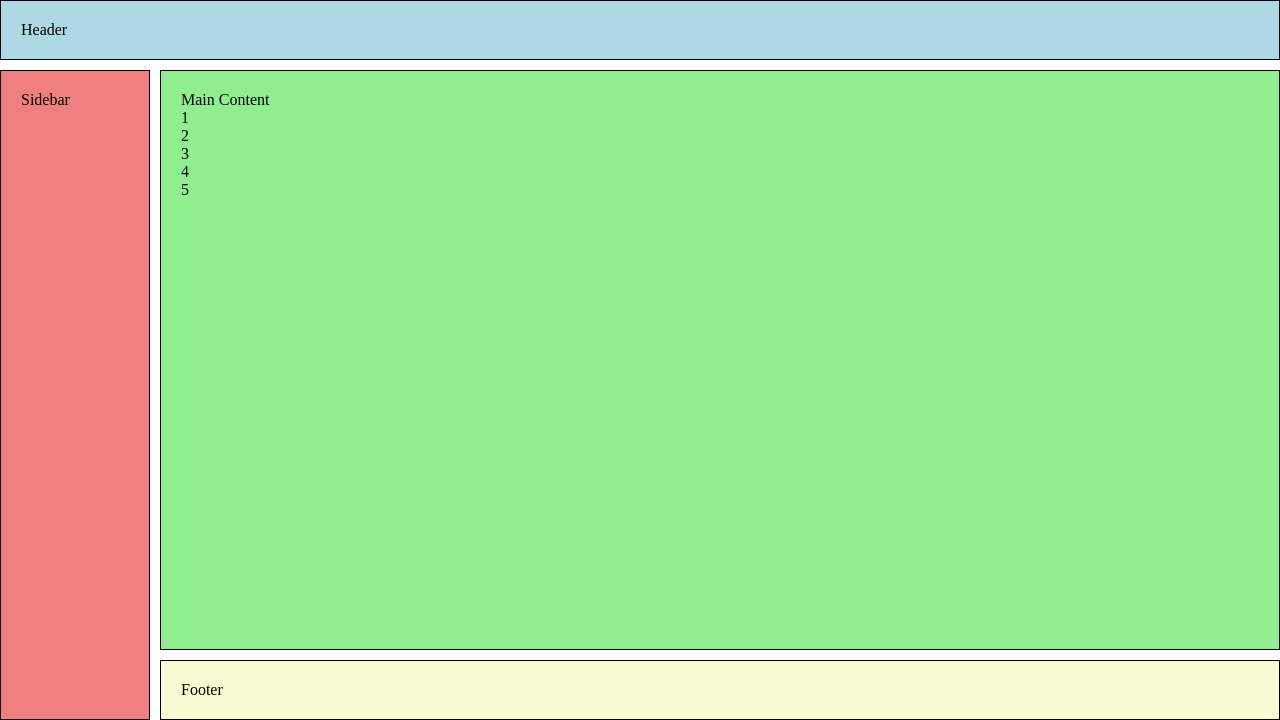
Repository: gustavotwist/desafio-grid
Page: assets/index.html
The author's editor kept a copy of each file at every save. The page is drawn from the files as they stood at one save, then again after the next save.
The browser window is 1280 px wide. The pictures show the whole page.

Above is the page before, as saved 2024-08-13 19:57:51.

After the next save:
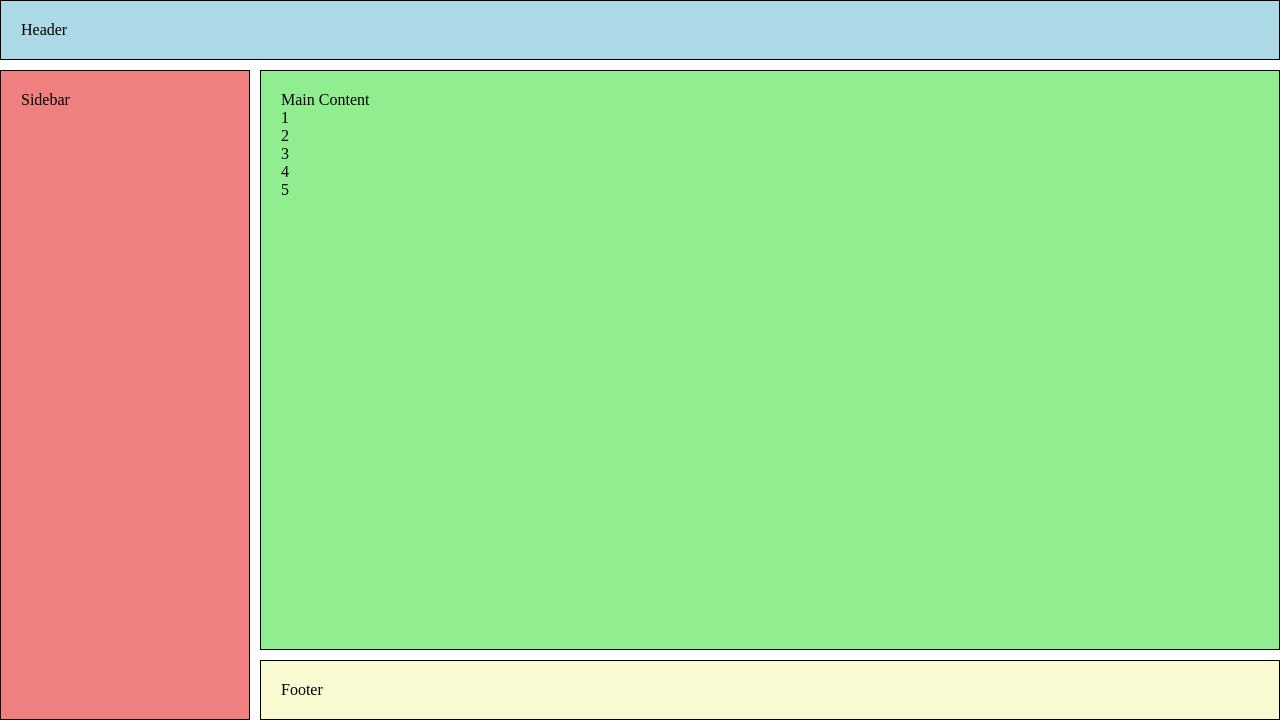
Saved 2 min 4 s later.
--- a/assets/css/style.css
+++ b/assets/css/style.css
@@ -6,7 +6,7 @@
 .container {
     display: grid;
     height: 100%;
-    grid-template-columns: 150px 1fr 1fr 1fr;
+    grid-template-columns: 250px 1fr 1fr 1fr;
     grid-template-rows: auto 1fr auto;
     grid-template-areas:
         "header header header header"
